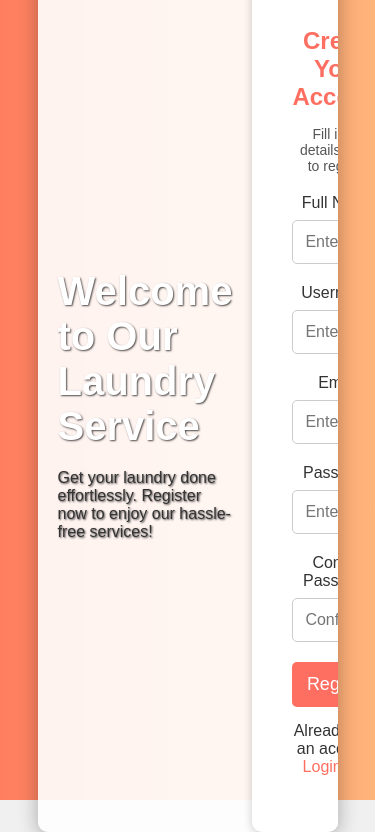
Repository: wmrmweerakoon/Online-Laundry-Management-System
Page: http://localhost/LaundryManagementSystem/Register.jsp
An editor plug-in stored every save of this project. The page is shown before and after the next save, followed by the edit.
The browser window is 375 px wide. The pictures show the whole page.
The page is served by Tomcat 9.

Above is the page before, as saved 2024-10-13 10:51:20.

After the next save:
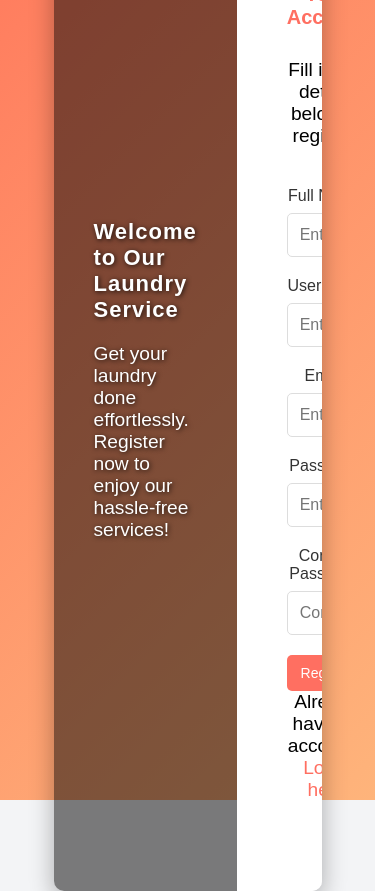
Saved 97 s later.
--- a/Projects/LaundryManagementSystem/src/main/webapp/CSS/Register.css
+++ b/Projects/LaundryManagementSystem/src/main/webapp/CSS/Register.css
@@ -1,122 +1,159 @@
+/* Reset default styles */
+* {
+    box-sizing: border-box;
+    margin: 0;
+    padding: 0;
+}
+
+/* Body styling */
 body {
     font-family: 'Arial', sans-serif;
     margin: 0;
     padding: 0;
-    background-color: #f0f0f0; /* Light background for contrast */
+    background-color: #f3f4f6; /* Same background color as the login page */
 }
 
+/* Registration background */
 .register-background {
-    background: linear-gradient(to right, #ff7e5f, #feb47b); /* Colorful gradient */
+    background: linear-gradient(135deg, #ff7e5f, #feb47b); /* Modern gradient */
     display: flex;
     justify-content: center;
     align-items: center;
     height: 100vh;
     position: relative;
+    animation: gradientBG 5s ease infinite alternate; /* Animation similar to login */
 }
 
+@keyframes gradientBG {
+    0% { background-position: 0% 50%; }
+    100% { background-position: 100% 50%; }
+}
+
+/* Main registration container */
 .content-container {
     display: flex;
     width: 80%;
     max-width: 1200px;
-    background: rgba(255, 255, 255, 0.9); /* Slightly transparent background for content */
+    box-shadow: 0 8px 25px rgba(0, 0, 0, 0.3); /* Deep shadow */
     border-radius: 10px;
-    box-shadow: 0 4px 20px rgba(0, 0, 0, 0.3);
-    overflow: hidden; /* Rounded corners */
+    overflow: hidden;
 }
 
+/* Text content styling */
 .text-content {
     flex: 1;
-    padding: 20px;
+    color: #fff;
+    padding: 40px;
+    background: rgba(0, 0, 0, 0.5); /* Transparent black background */
     display: flex;
     flex-direction: column;
     justify-content: center;
-    text-shadow: 1px 1px 2px rgba(0, 0, 0, 0.7);
+    text-shadow: 1px 1px 5px rgba(0, 0, 0, 0.8); /* More prominent shadow */
 }
 
 h1 {
-    font-size: 2.5em;
-    color: #fff; /* White text for contrast */
+    font-size: 3em;
     margin-bottom: 20px;
+    letter-spacing: 1px;
 }
 
-.register-container {
-    padding: 40px;
-    width: 400px;
-    text-align: center;
-    background: #fff; /* Solid white for the form area */
-    box-shadow: 0 2px 10px rgba(0, 0, 0, 0.2);
-    border-radius: 10px;
+p {
+    font-size: 1.2em;
+    margin-bottom: 40px;
 }
 
-h2 {
-    color: #ff6f61;
-    margin-bottom: 15px;
+/* Registration form container */
+.register-container {
+    background-color: #fff;
+    padding: 50px;
+    border-radius: 0 10px 10px 0;
+    text-align: center;
+    width: 400px;
 }
 
-.info-text {
-    font-size: 14px;
-    color: #555; /* Dark gray for less emphasis */
-    margin-bottom: 20px;
+/* Form heading */
+h2 {
+    color: #ff6f61; /* Same color as the login page */
+    margin-bottom: 30px;
 }
 
+/* Form group styling */
 .form-group {
     margin-bottom: 20px;
 }
 
 label {
     font-size: 16px;
+    display: block;
     color: #333;
+    margin-bottom: 8px;
 }
 
-input[type="text"],
-input[type="email"],
-input[type="password"] {
+/* Input fields styling */
+input[type="text"], input[type="email"], input[type="password"] {
     width: 100%;
     padding: 12px;
-    margin-top: 8px;
-    border: 1px solid #ccc;
+    border: 1px solid #ddd;
     border-radius: 5px;
     font-size: 16px;
     transition: border-color 0.3s;
 }
 
 input:focus {
-    border-color: #ff6f61; /* Highlight border color on focus */
-    outline: none; /* Remove default outline */
+    border-color: #ff6f61; /* Same focus color as login page */
+    box-shadow: 0 0 5px rgba(255, 111, 97, 0.5);
 }
 
+/* Button styling */
 button {
     width: 100%;
     padding: 12px;
-    background-color: #ff6f61;
+    background-color: #ff6f61; /* Same button color */
     color: #fff;
     border: none;
     border-radius: 5px;
     font-size: 18px;
     cursor: pointer;
-    transition: background-color 0.3s;
+    transition: background-color 0.3s ease;
 }
 
 button:hover {
-    background-color: #ff4824; /* Darker shade on hover */
+    background-color: #ff4824; /* Same hover color */
 }
 
+/* Error message styling */
 .error {
     color: red;
     font-size: 14px;
     margin-top: 5px;
 }
 
-p {
-    margin-top: 15px;
-    color: #333;
-}
-
+/* Link styling */
 p a {
-    color: #ff6f61;
+    color: #ff6f61; /* Same link color */
     text-decoration: none;
 }
 
 p a:hover {
     text-decoration: underline;
 }
+
+/* Media queries for responsiveness */
+@media (max-width: 500px) {
+    .register-background {
+        padding: 20px;
+    }
+
+    h1 {
+        font-size: 22px;
+    }
+
+    h2 {
+        font-size: 20px;
+    }
+
+    button {
+        padding: 10px;
+        font-size: 14px;
+    }
+}
